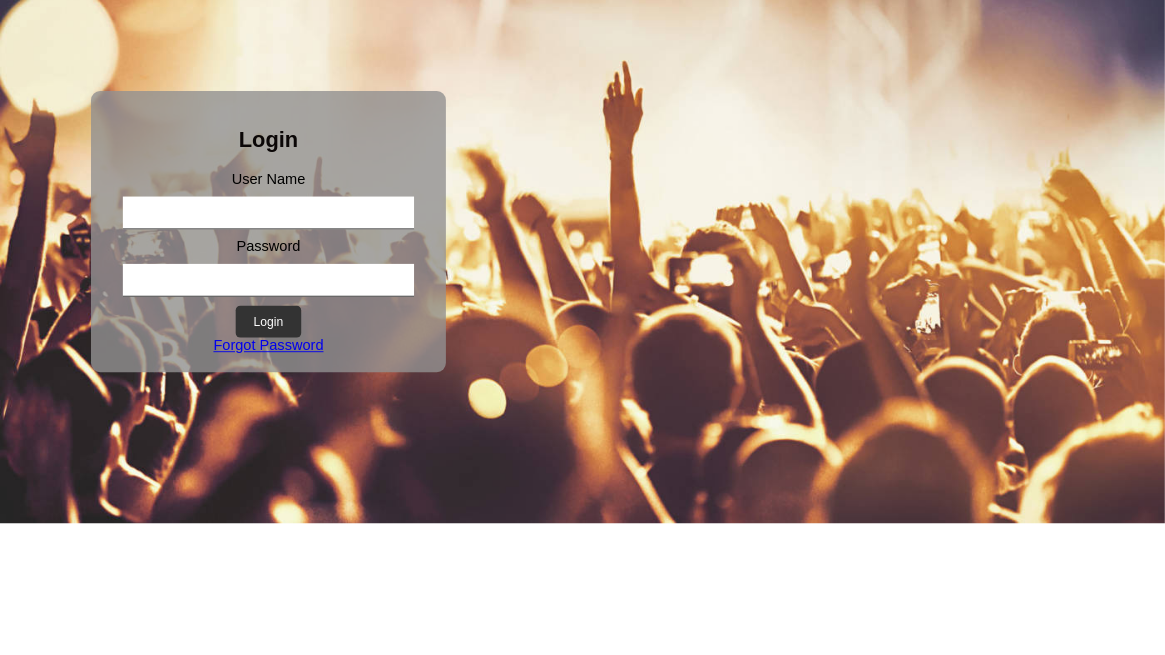
Repository: Dulankayapa/2ndyearoopprojrct
Page: http://localhost/feedback/login.jsp
The author's editor kept a copy of each file at every save. The page is drawn from the files as they stood at one save, then again after the next save.
The browser window is 1280 px wide. The pictures show the whole page, at 91% of full size.
The page is served by Tomcat 9.

Above is the page before, as saved 2023-10-23 03:16:01.

After the next save:
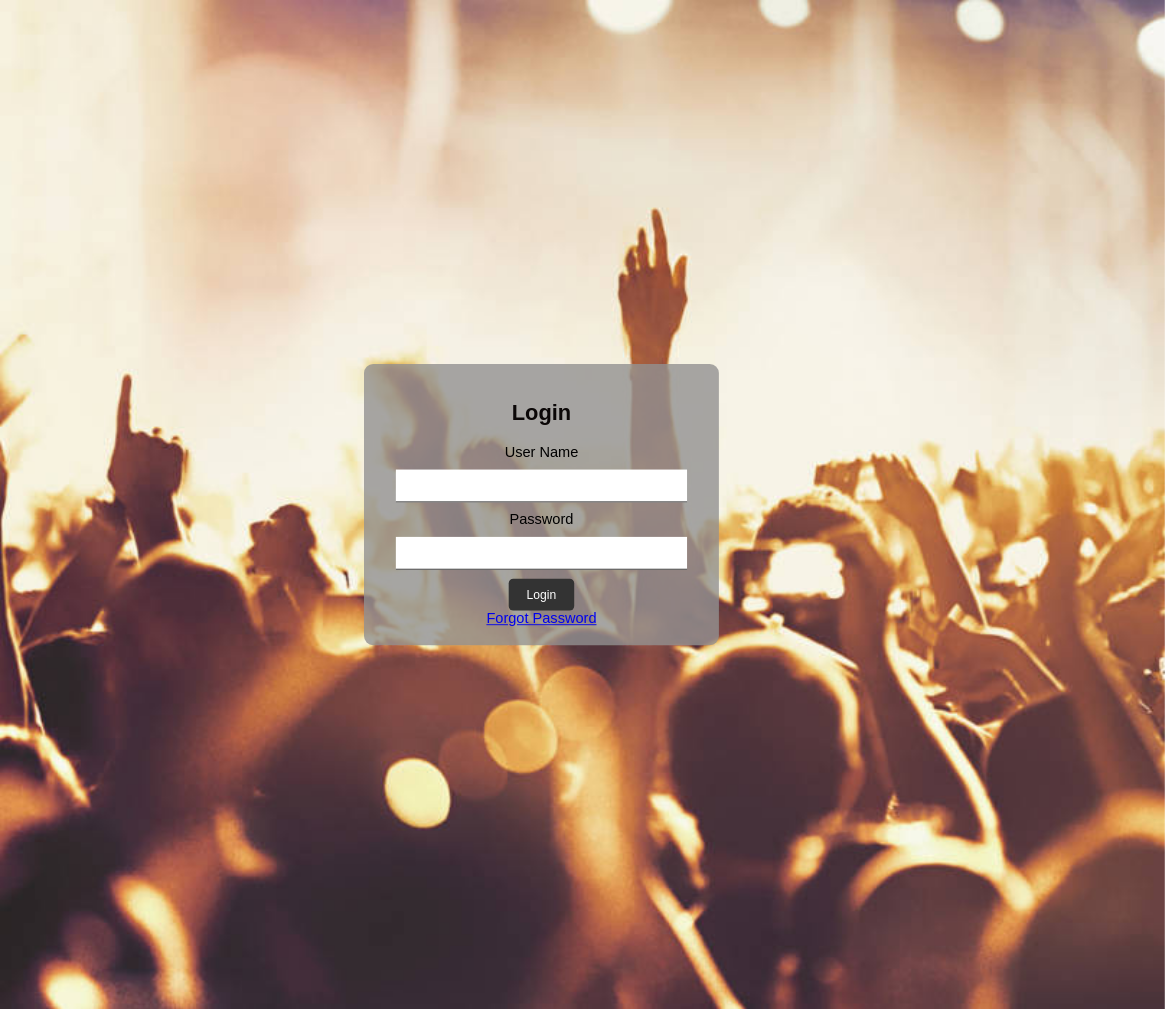
Saved 64 s later.
--- a/feedback/src/main/webapp/login.jsp
+++ b/feedback/src/main/webapp/login.jsp
@@ -19,9 +19,9 @@
             text-align: center;
             padding: 20px;
             width: 350px;
-           display:flex;
 
-            margin: 100px;
+
+            margin: 400px;
         }
 
         h2 {
